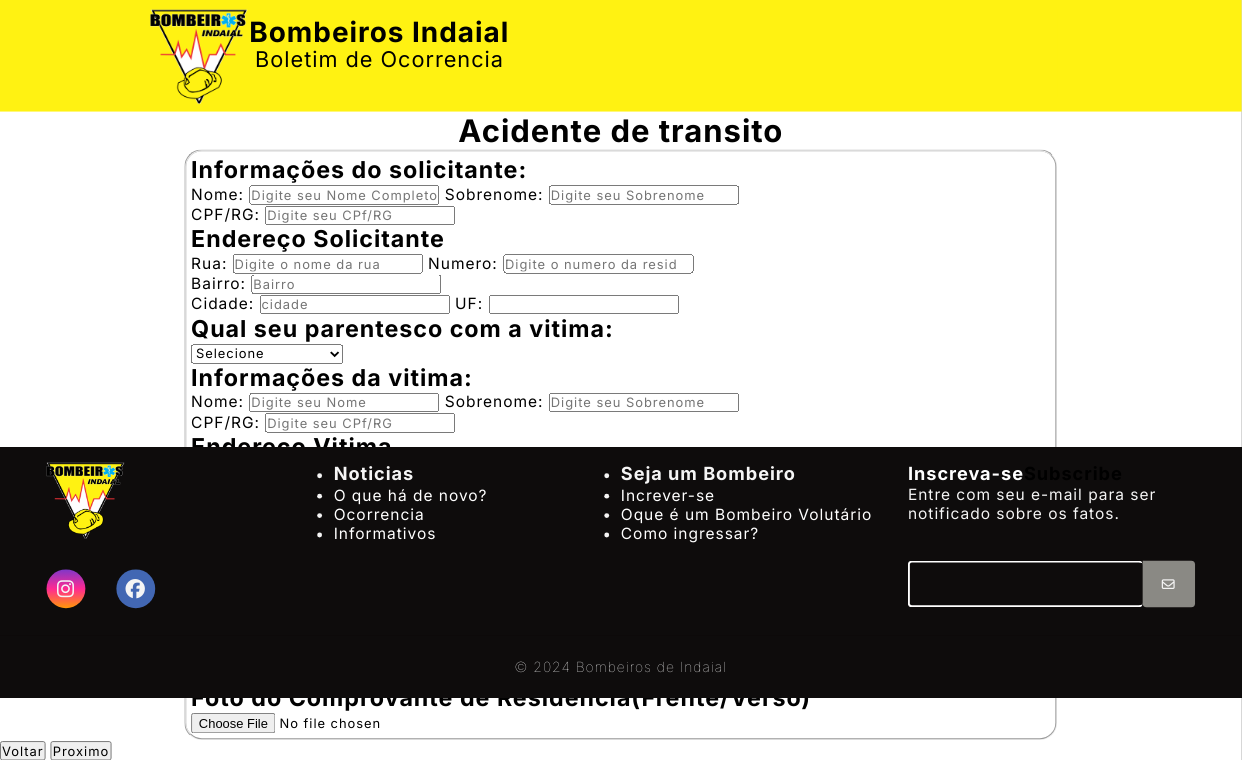
Repository: ThaylonKnopf/ProjetoBV
Page: AcidenteTransito/transitoparente/Form.html
These files come from the project's save history. The page is drawn as it stood at one moment and after the next save; the edit follows.
The browser window is 1280 px wide. The pictures show the whole page, at 97% of full size.

Above is the page before, as saved 2024-04-08 11:36:59.

### AcidenteTransito/transitoparente/Form.html
<!DOCTYPE html>
<html lang="pt-BR">

    <head>
        <meta charset="UTF-8">
        <meta name="viewport" content="width=device-width, initial-scale=1.0">
        <title>Requisição de B.O.</title>
        <link rel="stylesheet" href="estilo-fato.css">
        <link rel="shortcut icon"
            href="https://storage.googleapis.com/production-hostgator-brasil-v1-0-9/629/1202629/afAiZAhX/4db7fe933b1247ebbdbe06664fbece59">
        <link rel="stylesheet" href="https://cdnjs.cloudflare.com/ajax/libs/font-awesome/6.5.2/css/all.min.css"
            integrity="sha512-SnH5WK+bZxgPHs44uWIX+LLJAJ9/2PkPKZ5QiAj6Ta86w+fsb2TkcmfRyVX3pBnMFcV7oQPJkl9QevSCWr3W6A=="
            crossorigin="anonymous" referrerpolicy="no-referrer" />

    </head>

    <body>
        <header>
            <link rel="stylesheet" href="/header/footer/header.css">
            <main>
                <source media="(min-width:320px)" srcset="" sizes="300px">
                <div class="titulo">
                    <h1>Bombeiros&nbsp;Indaial</h1>
                </div>
                <div class="img">
                    <a href="https://bombeirosindaial.com.br/" target="_blank"><img src="../img/m.png"
                            alt="logo-bombeiro"></a>
                </div>
                <div class="p">
                    <p>Boletim&nbsp;de&nbsp;Ocorrencia</p>
                </div>
                </nav>
            </main>
        </header>
        <main class="menuh1">
            <h1>Acidente de transito</h1>
        </main>
        <form>
            <fieldset>
                <h2>Informações do solicitante:</h2>
                <div class="campo" required>
                    <label for="nome">Nome:</label>
                    <input type="text" name="nome" id="nome" placeholder="Digite seu Nome Completo" required>
                    <label for="sobrenome">Sobrenome:</label>
                    <input type="text" name="sobrenome" id="sobrenome" placeholder="Digite seu Sobrenome" required>
                </div>
                <div id="cpf">
                    <label for="cfp">CPF/RG:</label>
                    <input type="text" name="cfp" id="cpf" placeholder="Digite seu CPf/RG" required>
                </div>
                <h2>Endereço Solicitante</h2>
                <div id="rua">
                    <label for="rua">Rua:</label>
                    <input type="text" name="rua" id="rua" placeholder="Digite o nome da rua" required>
                    <label for="rua">Numero:</label>
                    <input type="number" name="numero" id="numero" placeholder="Digite o numero da residencia."
                        required>
                </div>
                <div id="bairro">
                    <label for="bairro">Bairro:</label>
                    <input type="text" name="bairro" id="bairro" placeholder="Bairro" required>
                </div>
                <div>
                    <label for="cidade">Cidade:</label>
                    <input type="text" name="cidade" id="cidade" placeholder="cidade" required>
                    <label for="estado">UF:</label>
                    <input type="text" name="estado" id="estado" required>
                </div>
                <h2>Qual seu parentesco com a vitima:</h2>
                <select name="parentesco" id="parente">
                    <option selected disabled value="">Selecione</option>
                    <option>Pai/Mae</option>
                    <option>Irmão/Irmã</option>
                    <option>Conjuge</option>
                    <option>Filho/Filha</option>
                    <option>Avô/Avó</option>
                    <option>Responsável Legal</option>
                </select>
                <h2>Informações da vitima:</h2>
                <div class="campov">
                    <label for="nomev">Nome:</label>
                    <input type="text" name="nome" id="nomev" placeholder="Digite seu Nome" required>
                    <label for="sobrenome">Sobrenome:</label>
                    <input type="text" name="sobrenome" id="sobrenomev" placeholder="Digite seu Sobrenome" required>
                </div>
                <div id="cpfv">
                    <label for="cfp">CPF/RG:</label>
                    <input type="text" name="cfp" id="cpfv" placeholder="Digite seu CPf/RG" required>
                </div>
                <h2>Endereço Vitima</h2>
                <div id="ruav">
                    <label for="rua">Rua:</label>
                    <input type="text" name="rua" id="ruavi" placeholder="Digite o nome da rua" required>
                    <label for="numero">Numero:</label>
                    <input type="number" name="numero" id="numerov" placeholder="Digite o numero da residencia."
                        required>
                </div>
                <div id="bairrov">
                    <label for="bairro">Bairro:</label>
                    <input type="text" name="bairro" id="bairrov" placeholder="Bairro" required>
                </div>
                <div>
                    <label for="cidade">Cidade:</label>
                    <input type="text" name="cidade" id="cidadev" placeholder="cidade" required>
                    <label for="estado">UF:</label>
                    <input type="text" name="estado" id="estadov" required>
                <h2>Informações da ocorrencia:</h2>
                <div id="ruao">
                    <label for="rua">Rua:</label>
                    <input type="text" name="rua" id="ruaoc" placeholder="Digite o nome da rua" required>
                    <label for="numero">Numero:</label>
                    <input type="number" name="numero" id="numeroc" placeholder="Digite o numero da residencia."
                        required>
                </div>
                <div id="bairroc">
                    <label for="bairro">Bairro:</label>
                    <input type="text" name="bairro" id="bairroc" placeholder="Bairro" required>
                </div>
                <div>
                    <label for="cidade">Cidade:</label>
                    <input type="text" name="cidade" id="cidadec" placeholder="cidade" required>
                    <label for="estado">UF:</label>
                    <input type="text" name="estado" id="estadoc" required>
                </div>
                <div id="data">
                    <label for="data">Data:</label>
                    <input type="date" name="dataoc" id="dataoc">
                    <label for="hora">Hora:</label>
                    <input type="time" name="horaoc" id="horaoc">
                </div>
                <div class="doc">
                    <h2>Foto do Documento (Frente/Verso)</h2>
                    <input type="file" name="doc" id="doc">
                </div>
                <div class="res">
                    <h2>Foto do Comprovante de Residencia(Frente/Verso)</h2>
                    <input type="file" name="doc">
                </div>
            </fieldset>
    </form>
        <main class="main-botao">
            <div class="continuar" required>
                <a href="../transitoselecionar/transito1.html"><button class="voltar">Voltar</button></a>
                <a href="/AcidenteTransito/transitoparente/Concluido.html"><button class="prox" required>Proximo</button></a>
            </div>
        </main>
        <footer id="footer">
            <link rel="stylesheet" href="/header/footer/footer.css">
            <div id="footer_content">
                <div id="footer_contacts">
                    <a href="https://bombeirosindaial.com.br/" target="_blank">
                        <h1>
                            <img src="../img/m.png" width="80px" alt="">
                        </h1>
                    </a>
                    <div id="footer_social_media">
                        <a href="#" class="footer-link" id="instagram">
                            <i class="fa-brands fa-instagram"></i>
                        </a>
                        <a href="#" class="footer-link" id="facebook">
                            <i class="fa-brands fa-facebook"></i>
                        </a>
                    </div>
                </div>
                <ul class="footer-list">
                    <li>
                        <h3>Noticias</h3>
                    </li>
                    <li>
                        <a href="#" class="footer-link">O que há de novo?</a>
                    </li>
                    <li>
                        <a href="#" class="footer-link">Ocorrencia</a>
                    </li>
                    <li>
                        <a href="#" class="footer-link">Informativos</a>
                    </li>
                </ul>
                <ul class="footer-lists">
                    <li>
                        <h3 id="pro">Seja um Bombeiro</h3>
                    </li>
                    <li>
                        <a href="#" class="footer-links">Increver-se</a>
                    </li>
                    <li>
                        <a href="#" class="footer-links">Oque é um Bombeiro Volutário</a>
                    </li>
                    <li>
                        <a href="#" class="footer-links">Como ingressar?</a>
                    </li>
                </ul>
                <div id="footer_subscribe">
                    <h3>Subscribe</h3>
                    <p>
                        Entre com seu e-mail para ser notificado sobre os fatos.
                    </p>
                    <div id="input_group">
                        <input type="email" id="email">
                        <button>
                            <i class="fa-regular fa-envelope"></i>
                        </button>
                    </div>
                </div>
            </div>
            <div id="footer_copyright">
                &#169
                2024 Bombeiros de Indaial
            </div>
        </footer>
        <script src="script.js"></script>
    </body>

</html>

### AcidenteTransito/transitoparente/estilo-fato.css
@charset "UTF-8";

@import url('https://fonts.googleapis.com/css2?family=Bebas+Neue&family=Inter:wght@100..900&display=swap');

:root {
    --color-neutral-0: #0e0c0c;
    --color-neutral-10: #171717;
    --color-neutral-30: #a8a29e;
    --color-neutral-40: #f5f5f5;

}

* {
    margin: 0PX;
    padding: 0PX;
    font-family: 'Inter', sans-serif;
    box-sizing: border-box;
    letter-spacing: 1px;
}

P {
    margin: 15px 0px 15px 0px;
}
.menuh1{
    margin:auto;
    max-width: 470px;
    text-align: center;
}

form{
    max-width: 900px;
    margin: auto;
}
fieldset{
    border-radius: 18px;
    padding: 5px;
}

@media (max-width: 970px) {
    .menu section {
        width: 80%;
    }
    .menuh1{
        width: 80%;
    }
    form fieldset{
        width: 470px;
        margin: 10px;
    }
    fieldset div{
        display: grid;
    }
    fieldset div input{
        margin-left: 25px;
        margin-right: 20px;
    }

    .res{
        margin-right: 20px;
        margin-bottom: 20px;
    }
    .menuh1 form h2{
        margin-left: 10px;
    }
}
@media screen and (max-width: 376px) {
    .tit{
        margin-top: -100px;
    }
    .menu .container{
        width: 80%;
        margin-top: 150px;
    }
    .menu {
        width: 300px;
    }
}
@media screen and (max-width: 375px) {
    .tit{
        margin-top: -100px;
    }
    .menu .container{
        width: 80%;
        margin-top: 150px;
    }
    .menu {
        width: 300px;
    }
}

### header/footer/header.css
@charset "UTF-8";

@import url('https://fonts.googleapis.com/css2?family=Bebas+Neue&family=Inter:wght@100..900&display=swap');

:root {
    --color-neutral-0: #0e0c0c;
    --color-neutral-10: #171717;
    --color-neutral-30: #a8a29e;
    --color-neutral-40: #f5f5f5;

}

* {
    margin: 0PX;
    padding: 0PX;
    font-family: 'Inter', sans-serif;
    box-sizing: border-box;
    letter-spacing: 1px;
}

main {
    height: auto;
}
main .titu{
    text-align: center;
}

P {
    margin: 15px 0px 15px 0px;
}

header {
    background-color: #FFF212;
    height: 115px;
    padding-top: 10px;
    padding-bottom: 0px;
}

header main {
    background-color: #FFF212;
    width: 900px;
    margin: auto;
    padding-top: 0px;
    padding-bottom: 0px;
    height: 90px;

}

header main h1 {
    margin-left: 67px;
    font-size: 1.8em;
    padding-top: 5px;
    margin-top: 0px;
}

header main img {
    width: 100px;
    margin-top: -40px;
    margin-left: -35px;
}

header main p {
    margin-left: 73px;
    margin-top: -64px;
    font-size: 1.4em;
}
@media screen and (max-width: 976px) {
    header main{
        margin: auto;
        width: 80%;
    }
}

@media screen and (max-width: 499px) {
    header{
        height: 110px;
    }
    header main{
        margin: auto;
        font-size: 12px;
        align-items: center;
    }
    header main img{
        width: 80px;
        margin-top: -25px;
        margin-left: -15px;
    }
    header main h1{
        margin-bottom: 5px;
        margin-left: 70px;
    }
    header main p {
        margin-top: -55px;
    }
}

### header/footer/footer.css
@charset "UTF-8";

@import url('https://fonts.googleapis.com/css2?family=Bebas+Neue&family=Inter:wght@100..900&display=swap');

:root {
    --color-neutral-0: #0e0c0c;
    --color-neutral-10: #171717;
    --color-neutral-30: #a8a29e;
    --color-neutral-40: #f5f5f5;

}

* {
    margin: 0PX;
    padding: 0PX;
    font-family: 'Inter', sans-serif;
    box-sizing: border-box;
    letter-spacing: 1px;
}

footer {
    position: fixed;
    bottom: 0;
    left: 0%;
    color: var(--color-neutral-40);
}

.footer-link {
    text-decoration: none;
    color: white;
}

.footer-links {
    text-decoration: none;
    color: white;
}

#footer_content {
    background-color: var(--color-neutral-0);
    display: grid;
    grid-template-columns: repeat(4, 1fr);
    padding: 1rem 3rem;
    max-height: 205px;

}

#footer_contacts {
    margin-bottom: 0.75rem;
}

#footer_social_media {
    display: flex;
    gap: 2rem;
    margin-top: 1.5rem;
}

#footer_social_media .footer-link {
    display: flex;
    align-items: center;
    justify-content: center;
    height: 2.5rem;
    width: 2.5rem;
    color: var(--color-neutral-40);
    border-radius: 50%;
    transition: 0.4s;
}

#footer_social_media .footer-link i {
    font-size: 1.25rem;
}

#footer_social_media .footer-link:hover {
    opacity: 0.8;
}

#instagram {
    background: linear-gradient(#7f37c9, #ff2992, #ff9807);
    text-decoration: none;
}

#facebook {
    background-color: #4267b3;
    text-decoration: none;
}

.footer_list {
    display: flex;
    flex-direction: column;
    gap: 0.75rem;
    list-style: none;

}

.footer-link:hover{
    text-decoration: underline;
}
.footer-links:hover{
    text-decoration: underline;
}

#footer_subscribe {
    display: flex;
    flex-direction: column;
    gap: 1.5rem;
}

#footer_subscribe h3::before{
    content: "Inscreva-se";
    color:white;
}
#footer_subscribe h3{
    color:black;
    margin-bottom: -40px;
}
#footer_subscribe p {
    color: var(--color-neutral-40);
}

#input_group {
    display: flex;
    align-items: center;
    background-color: 4px;
    border-radius: 4px;
}

#input_group input {
    all: unset;
    padding: 0.75rem;
    width: 100%;
    border-top: 2px solid white;
    border-bottom: 2px solid white;
    border-left: 2px solid white;
    border-radius: 4px;
}

#input_group button {
    background-color: #8a8984;
    border: none;
    color: var(--color-neutral-40);
    padding: 0px 1.25rem;
    height: 100%;
    border-radius: 0px 4px 4px 4px;
    cursor: pointer;
    transition: all 0.4s;
}

#input_group button:hover {
    opacity: 0.8;
}

#footer_copyright {
    display: flex;
    justify-content: center;
    background-color: var(--color-neutral-0);
    font-size: 0.9rem;
    padding: 1.5rem;
    font-weight: 100;
}

@media screen and (max-width:768px) {
    #footer_content {
        grid-template-columns: repeat(2, 1fr);
        gap: 2rem;
    }

    #input_group input {
        border-top: 2px solid rgb(0, 0, 0);
        border-bottom: 2px solid rgb(0, 0, 0);
        border-left: 2px solid rgb(0, 0, 0);
        border-radius: 4px;

    }

    #footer {
        position: relative;
    }

    #footer_subscribe{
        margin-top: 65px;
    }

    #footer_subscribe h3::before {
        color: rgb(0, 0, 0);
        content: "Inscreva-se";
    }
    #footer_subscribe h3{
        color:white;

    }

    #footer_subscribe p {
        color: rgb(0, 0, 0);
        margin-top: 15px;
    }

    .footer-lists{
        margin-top: 65px;
    }

    .footer-links {
        color: black;
        text-decoration: none;
    }

    #pro {
        color: black;
    }
    .footer-links:hover {
        color: black;
        text-decoration: underline;
    }
    .footer-link:hover {
        text-decoration: underline;
    }


}

@media screen and (max-width:426px) {
    #footer_content {
        grid-template-columns: repeat(1, 1fr);
        padding: 3rem 2;
    }

    #input_group input {
        border-top: 2px solid rgb(0, 0, 0);
        border-bottom: 2px solid rgb(0, 0, 0);
        border-left: 2px solid rgb(0, 0, 0);
        border-radius: 4px;
    }

    #footer {
        position: relative;
    }

    #footer_subscribe .p {
        color: black;
    }
    #footer_copyright {
        position: absolute;
        height: 100px;
        bottom:0;
        left: 0;
        width: 100%;
    }

    .footer-list {
        color:black;
        margin-top: 20px;
    }
    .footer-link {
        color: black;
    }
    .footer-lists {
        color:black;
        margin-top: 2px;
    }

    .footer-links {
        color: black;
    }

    #pro {
        color: black;
    }
    .footer-links:hover {
        color: black;
        text-decoration: underline;
    }
    #input_group button {
        background-color: #8a8984;
        border: none;
        color: var(--color-neutral-40);
        padding: 0px 1.25rem;
        height: 80%;
        border-radius: 4px 4px 4px 4px;
        cursor: pointer;
        transition: all 0.4s;
        margin-bottom: 10px;
        margin-left: 1px;
    }
    #input_group input {
        border-top: 2px solid rgb(0, 0, 0);
        border-bottom: 1px solid rgb(0, 0, 0);
        border-left: 2px solid rgb(0, 0, 0);
        border-radius: 4px;
        margin-bottom: 15px;
    }
    #footer_contacts{
        margin: 0px auto;
    }
    #footer_contacts h1{
        margin-left: 13px;
    }
}

@media screen and (max-width: 413px) {
    #footer_content{
        margin-bottom: 140px;
    }
}

Loaded but not shown: AcidenteTransito/transitoparente/script.js (no copy from this time; the picture is the same without it)

After the next save:
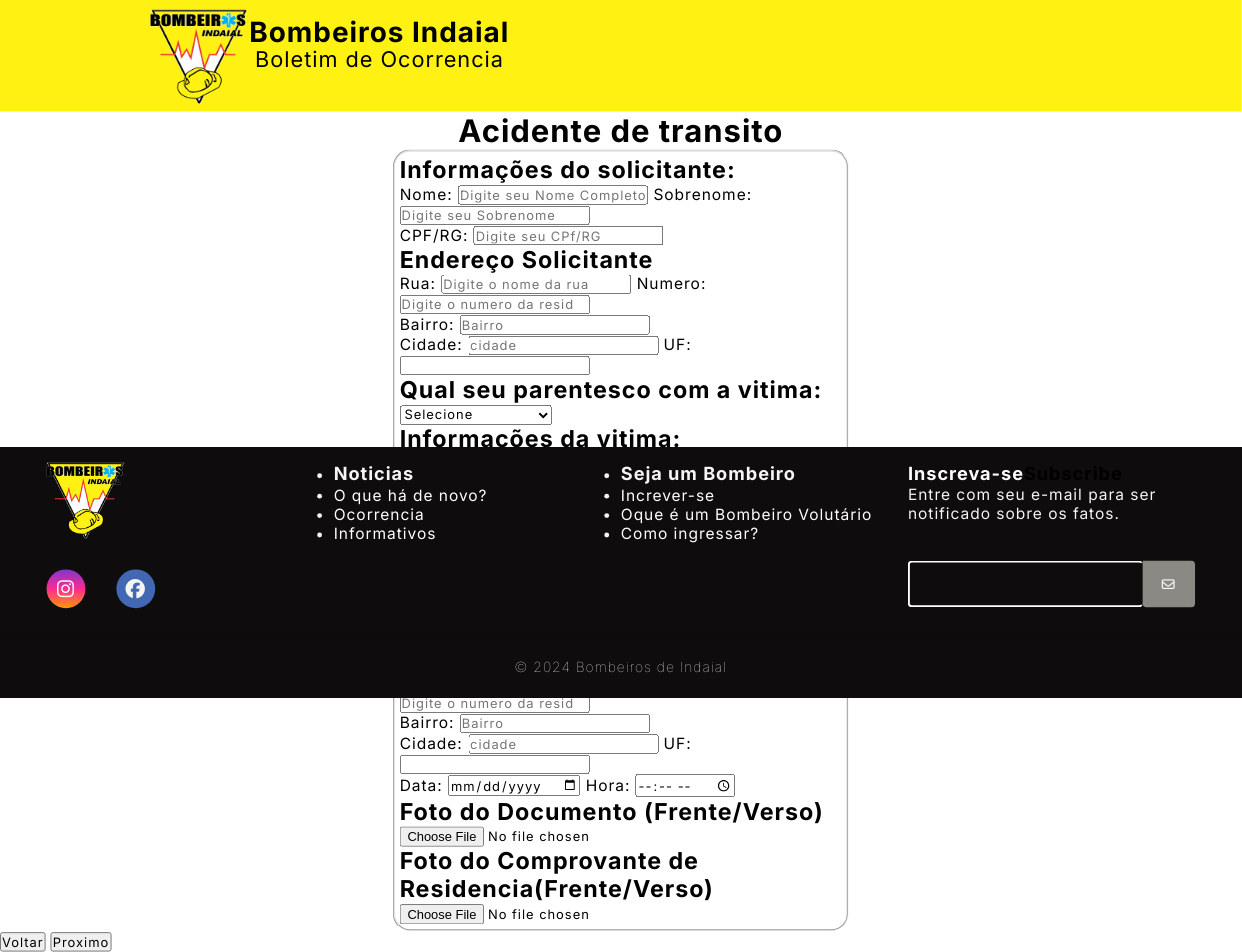
Saved 17 s later.
--- a/AcidenteTransito/transitoparente/estilo-fato.css
+++ b/AcidenteTransito/transitoparente/estilo-fato.css
@@ -28,7 +28,7 @@
 }
 
 form{
-    max-width: 900px;
+    max-width: 470px;
     margin: auto;
 }
 fieldset{
